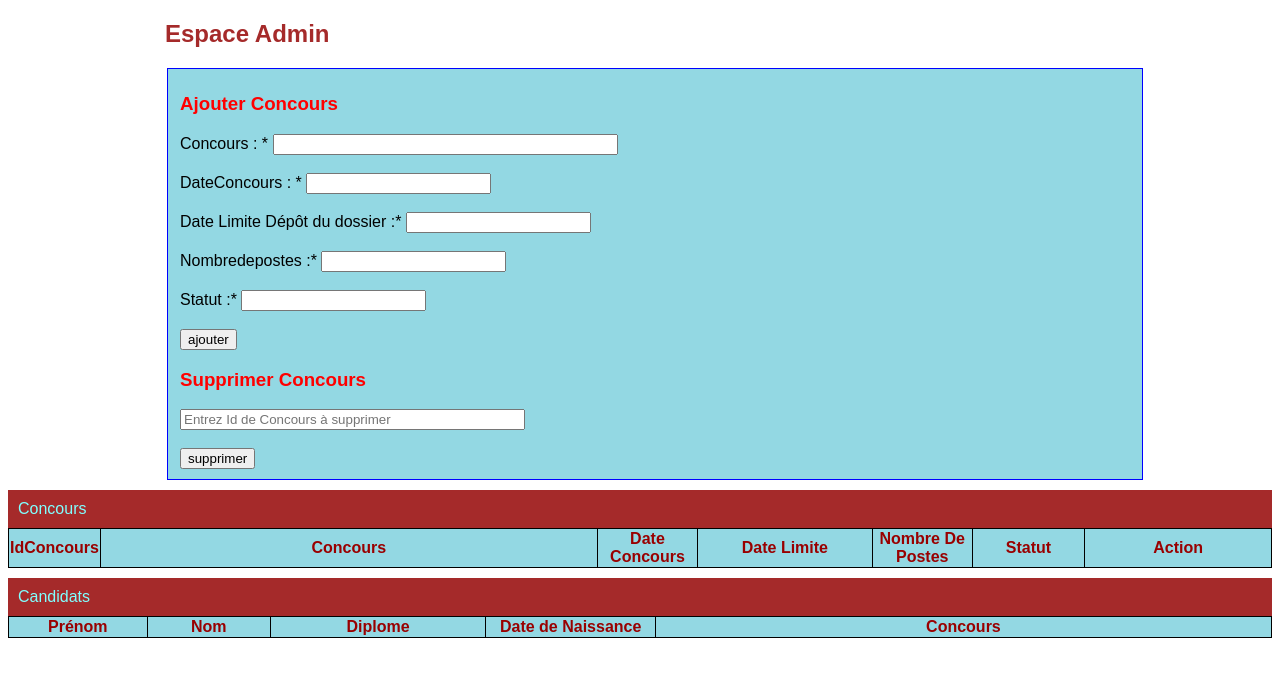
Repository: yahouari/Stage2019
Page: http://localhost/test/Gestion.jsp
An editor plug-in stored every save of this project. The page is shown before and after the next save, followed by the edit.
The browser window is 1280 px wide. The pictures show the whole page.
The page is served by Tomcat 9. Queries for data that is not in the repository find no rows.

Above is the page before, as saved 2019-07-31 14:04:30.

After the next save:
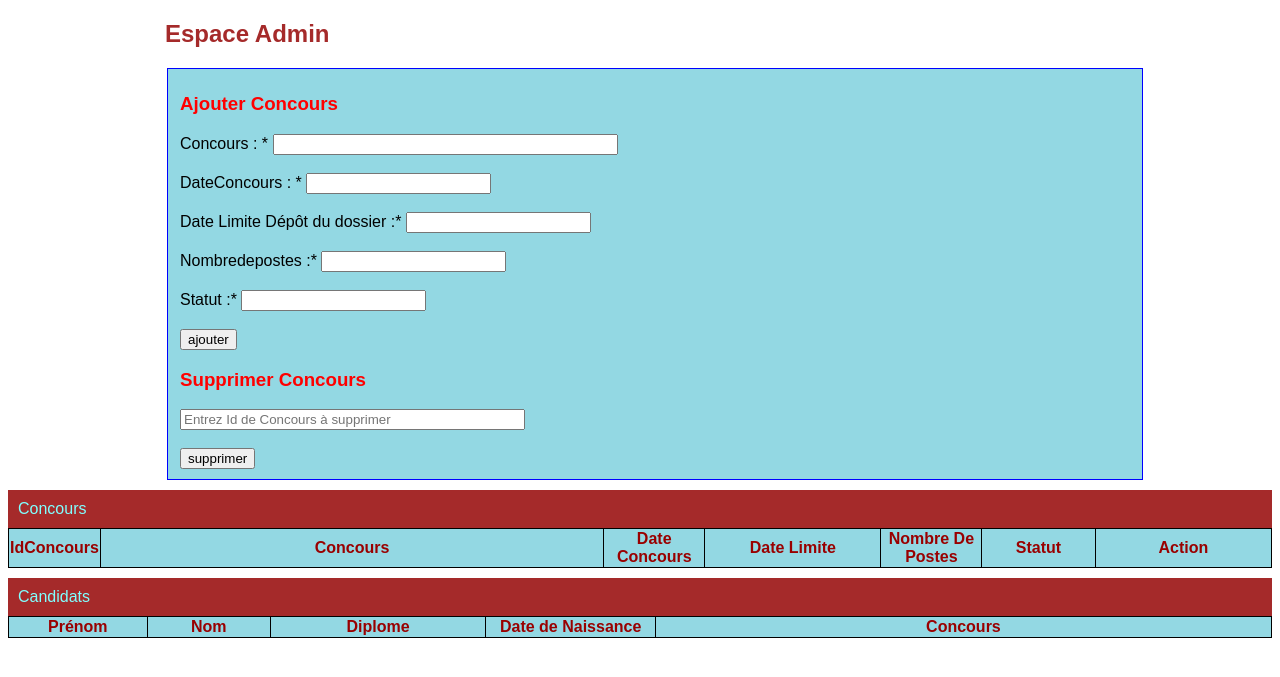
Saved 77 s later.
--- a/test/WebContent/Gestion.jsp
+++ b/test/WebContent/Gestion.jsp
@@ -63,7 +63,7 @@
               <table >
                     <tbody>
                     <tr bgcolor="#93d8e3" >
-                    <th style="width:6%">IdConcours</th>
+                    <th style="width:7%">IdConcours</th>
 
                     <th style="width:40%">Concours</th>
                     <th style="width:8%">Date Concours</th>
@@ -98,7 +98,8 @@
                 <td><%=Rs.getString("datelimite")%></td>
                 <td><%=Rs.getString("nombredepostes")%></td>
                 <td><%=Rs.getString("Statut")%></td>
-                <td name="id"><a href="update.jsp?id=<%=Rs.getString("idg")%>">update/Supprimer</a></td>
+                <td name="id"><a href="update.jsp?id=<%=Rs.getString("idg")%>">update</a>
+                <a href="supp.jsp?id=<%=Rs.getString("idg")%>">/Supprimer</a></td>
 
 
             </tr>
